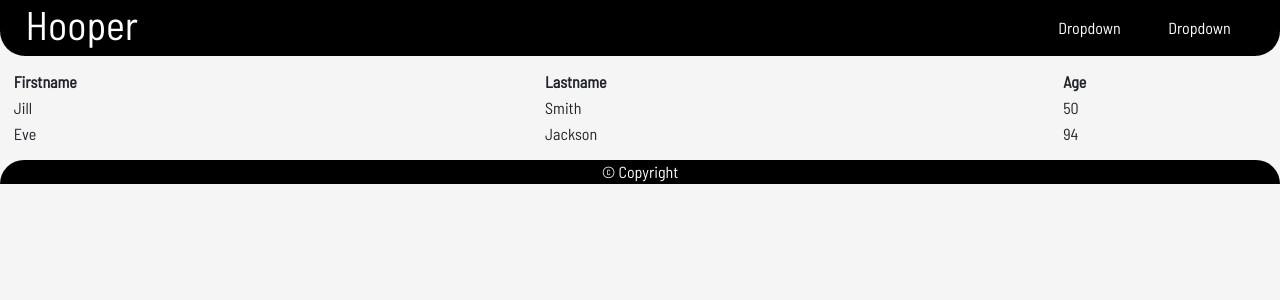
Repository: vlasarte/Hooper
Page: index.html
These files come from the project's save history. The page is drawn as it stood at one moment and after the next save; the edit follows.
The browser window is 1280 px wide. The pictures show the whole page.

Above is the page before, as saved 2020-02-18 22:44:28.

### index.html
<!DOCTYPE html>
<!--[if lt IE 7]>      <html class="no-js lt-ie9 lt-ie8 lt-ie7"> <![endif]-->
<!--[if IE 7]>         <html class="no-js lt-ie9 lt-ie8"> <![endif]-->
<!--[if IE 8]>         <html class="no-js lt-ie9"> <![endif]-->
<!--[if gt IE 8]><!--> <html class="no-js"> <!--<![endif]-->
    <head>
        <meta charset="utf-8">
        <meta http-equiv="X-UA-Compatible" content="IE=edge">
        <title>Hooper</title>
        <meta name="description" content="">
        <meta name="viewport" content="width=device-width, initial-scale=1">
        <link href="https://fonts.googleapis.com/css?family=Barlow+Semi+Condensed&display=swap" rel="stylesheet">
        <link rel="stylesheet" href="https://stackpath.bootstrapcdn.com/bootstrap/4.3.1/css/bootstrap.min.css" integrity="sha384-ggOyR0iXCbMQv3Xipma34MD+dH/1fQ784/j6cY/iJTQUOhcWr7x9JvoRxT2MZw1T" crossorigin="anonymous">
        <link rel="stylesheet" href="assets/css/style.css">
    </head>
    <body>

        <header>
            <h1>Hooper</h1>
            <div class="dropdown">
                <button class="dropbtn">Dropdown</button>
                <div class="dropdown-content">
                    <a href="#">Link 1</a>
                    <a href="#">Link 2</a>
                    <a class="dropdown-content-last" href="#">Link 3</a>
                </div>
            </div>
            <div class="dropdown">
                <button class="dropbtn">Dropdown</button>
                <div class="dropdown-content">
                    <a href="#">Link 1</a>
                    <a href="#">Link 2</a>
                    <a class="dropdown-content-last" href="#">Link 3</a>
                </div>
            </div>
        </header>

        <div class="body-container">

            <table style="width:100%">
                <tr>
                    <th>Firstname</th>
                    <th>Lastname</th>
                    <th>Age</th>
                </tr>
                <tr>
                    <td>Jill</td>
                    <td>Smith</td>
                    <td>50</td>
                </tr>
                <tr>
                    <td>Eve</td>
                    <td>Jackson</td>
                    <td>94</td>
                </tr>
            </table>

        </div>


        <footer>
            &copy Copyright
        </footer>

        <script src="assets/js/javascript.js" async defer></script>
    </body>
</html>

### assets/css/style.css
/* default settings */

body {
    font-family: 'Barlow Semi Condensed', sans-serif;
    background: whitesmoke;
}


/* header section */

header {
    font-family: 'Barlow Semi Condensed', sans-serif;
    width: 100%;
    height: 56px;
    background: black;
    color: white;
    padding: 0% 2%;
    border-radius: 0px 0px 25px 25px;
    position: sticky;
    top: 0;
    z-index: 1;
}

header h1 {
    float: left;
    height: 56px;
    margin: 0px;
}


/* hover dropdowns */

.dropbtn {
    height: 56px;
    font-family: 'Barlow Semi Condensed', sans-serif;
    min-width: 100px;
    background-color: black;
    color: white;
    padding: 16px;
    font-size: 16px;
    border: none;
    border-radius: 25px 25px 0px 0px;
}

.dropdown {
    margin: 0px 5px;
    float: right;
    position: relative;
    display: inline-block;
}

.dropdown-content {
    text-align: center;
    display: none;
    position: absolute;
    background-color: #f1f1f1;
    width: 100px;
    box-shadow: 0px 8px 16px 0px rgba(0, 0, 0, 0.2);
    z-index: 1;
    border-radius: 0px 0px 25px 25px;
}

.dropdown-content a {
    color: black;
    padding: 12px 16px;
    text-decoration: none;
    display: block;
}

.dropdown-content a:hover {
    background-color: #ddd;
}

.dropdown:hover .dropdown-content {
    display: block;
}

.dropdown:hover .dropbtn {
    background-color: #ddd;
    color: black;
}

.dropdown-content-last {
    border-radius: 0px 0px 25px 25px;
}

/* body container */

.body-container {
    padding: 1%;
}


/* footer section */

footer {
    width: 100%;
    text-align: center;
    background: black;
    color: white;
    border-radius: 25px 25px 0px 0px;
}

### assets/js/javascript.js
var player = {
    name: "LeBron James",
    team: "LAL",
    position: "SF",
    PPG: 25.0,
    APG: 10.8,
    RPG: 7.8
}

var playerName = [
    "LeBron James",
    "Anthony Davis",
    "James Harden",
    "Kawhi Leonard",
    "Luka Doncic",
    ""]

After the next save:
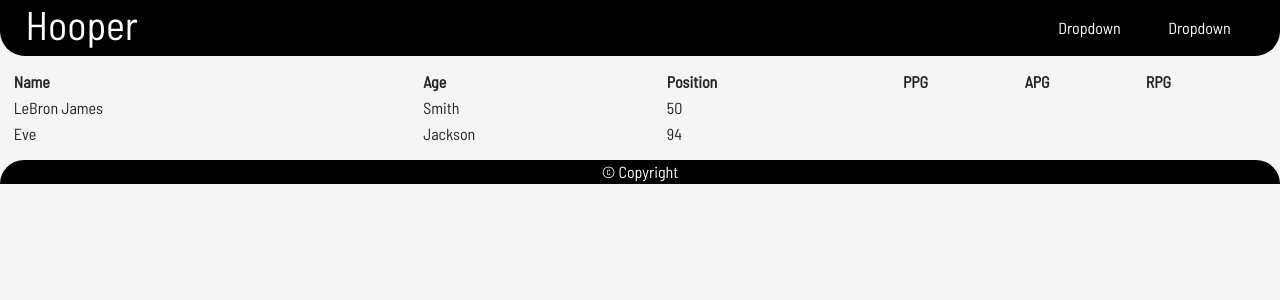
Saved 1 s later.
--- a/index.html
+++ b/index.html
@@ -39,12 +39,15 @@
 
             <table style="width:100%">
                 <tr>
-                    <th>Firstname</th>
-                    <th>Lastname</th>
+                    <th>Name</th>
                     <th>Age</th>
+                    <th>Position</th>
+                    <th>PPG</th>
+                    <th>APG</th>
+                    <th>RPG</th>
                 </tr>
                 <tr>
-                    <td>Jill</td>
+                    <td>LeBron James</td>
                     <td>Smith</td>
                     <td>50</td>
                 </tr>
